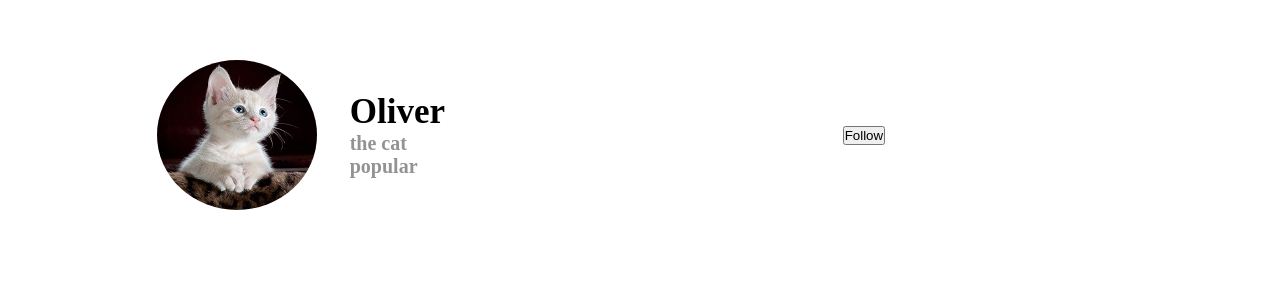
Repository: arifshahriyarnader/css-flexbox
Page: Exercise 4/index.html
An editor plug-in stored every save of this project. The page is shown before and after a run of saves, followed by the edit.
The browser window is 1280 px wide. The pictures show the whole page.

Above is the page before, as saved 2024-06-21 11:42:17.

After the next 6 saves:
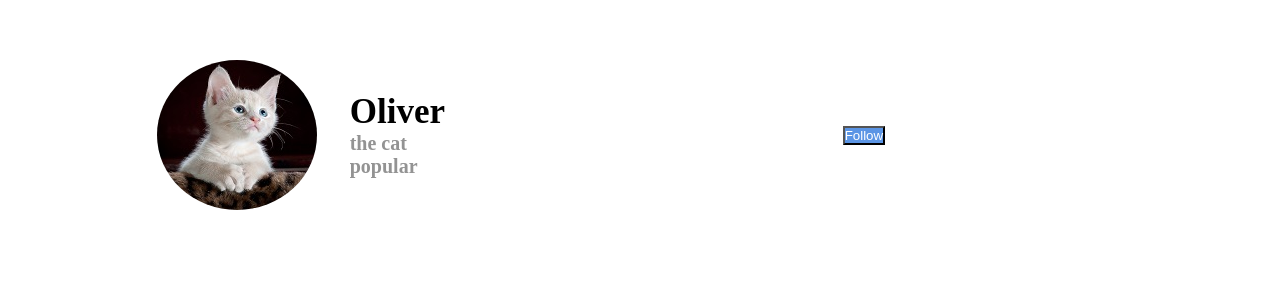
The 6 saves are shown as one change because they came seconds apart.
The last was saved 28 s later.
--- a/Exercise 4/css/style.css
+++ b/Exercise 4/css/style.css
@@ -25,5 +25,6 @@
 }
 
 .btn{
-
+    background-color: #5B95E5;
+    color: #fff;
 }
